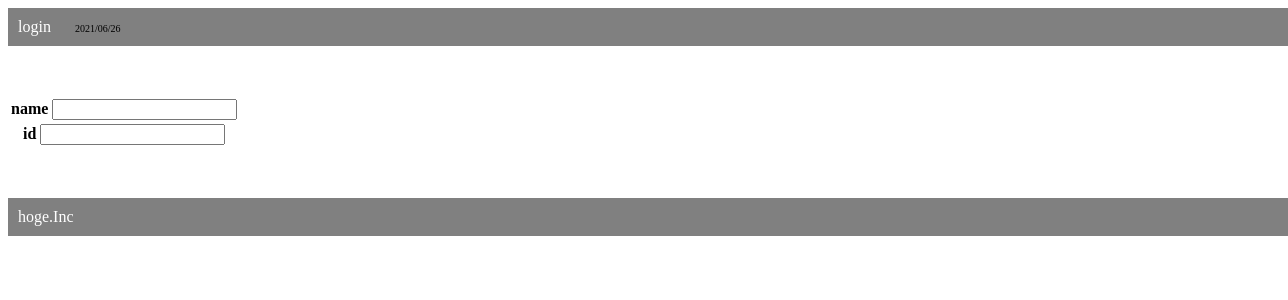
Repository: genki-iwai/curriculum
Page: http://localhost/Check3/
These files come from the project's save history. The page is drawn as it stood at one moment and after the next save; the edit follows.
The browser window is 1280 px wide. The page is 1288 px wide, so the pictures cover 1288 px, including what lies to the right of the window. The pictures show the whole page.
The page is served by Tomcat 9.

Above is the page before, as saved 2021-07-06 21:07:23.

### JavaStudy/Check3/WebContent/jspTest.jsp
<%@ page language="java" contentType="text/html; charset=UTF-8"
    pageEncoding="UTF-8"%>
<!DOCTYPE html PUBLIC "-//W3C//DTD HTML 4.01 Transitional//EN" "http://www.w3.org/TR/html4/loose.dtd">
<html>
<head>
<meta http-equiv="Content-Type" content="text/html; charset=UTF-8">
<link rel="styleSheet" href="css/style.css">
<title>Insert title here</title>
</head>
<body>
<div class="wrapper">
<%@ include file="header.jsp" %>
	<table class="main">
			<tr>
				<th>name <input type = "text"></th>
			</tr>
			<tr>
				<th>id <input type = "text"></th>
			</tr>
	</table>
</div>
<%@ include file="footer.jsp" %>
</body>
</html>

### JavaStudy/Check3/WebContent/header.jsp
<%@ page language="java" contentType="text/html; charset=UTF-8"
    pageEncoding="UTF-8"%>
<%@ page import="java.util.*,java.text.SimpleDateFormat" %>
<!DOCTYPE html PUBLIC "-//W3C//DTD HTML 4.01 Transitional//EN" "http://www.w3.org/TR/html4/loose.dtd">
<html>
<head>
<meta http-equiv="Content-Type" content="text/html; charset=UTF-8">
<title>Insert title here</title>
</head>
<body>
	<div class="header">
		<label class="login">login</label>
		<label class="date">
			<% Date date = new Date();
				SimpleDateFormat sdf = new SimpleDateFormat("yyyy/MM/dd");
				String formatDate = sdf.format(date);
				out.print(formatDate);
			 %>
		</label>
	</div>
<!--  </body>
</html> -->

### JavaStudy/Check3/WebContent/footer.jsp
<%@ page language="java" contentType="text/html; charset=UTF-8"
    pageEncoding="UTF-8"%>
<!DOCTYPE html PUBLIC "-//W3C//DTD HTML 4.01 Transitional//EN" "http://www.w3.org/TR/html4/loose.dtd">
<html>
<head>
<meta http-equiv="Content-Type" content="text/html; charset=UTF-8">
<title>Insert title here</title>
</head>
<body>
	<div class="footer">
		<label class="footer-1">hoge.Inc</label>
	</div>

</body>
</html>

### JavaStudy/Check3/WebContent/css/style.css
@CHARSET "UTF-8";

body {
	width: 100%;
	height: 100%;
}
.wrapper {
	margin: 0 auto;
}

.header {
	background-color: gray;
}
.login {
	display: inline-block;
	padding: 10px;
	color: white;
}
.date {
	padding: 10px;
	font-size: 10px;
}
.main {
	padding-top: 50px;
	padding-bottom: 50px;
}
.footer {
	background-color: gray;
}
.footer-1 {
	display: inline-block;
	padding: 10px;
	color: white;
}

After the next save:
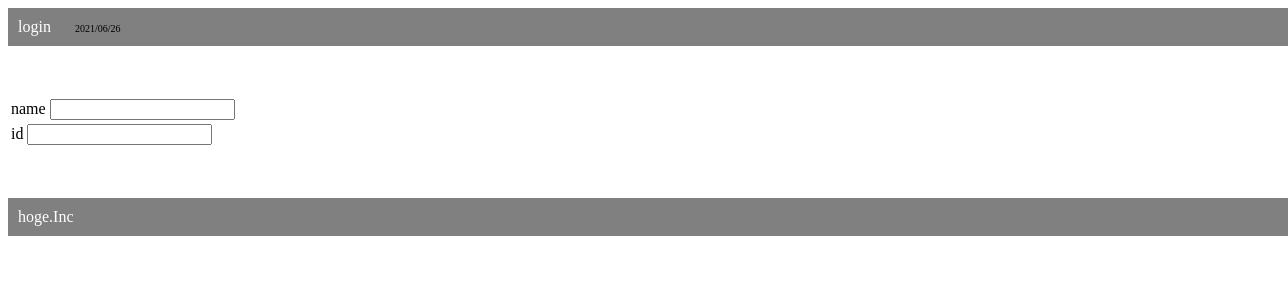
Saved 48 s later.
--- a/JavaStudy/Check3/WebContent/jspTest.jsp
+++ b/JavaStudy/Check3/WebContent/jspTest.jsp
@@ -12,10 +12,10 @@
 <%@ include file="header.jsp" %>
 	<table class="main">
 			<tr>
-				<th>name <input type = "text"></th>
+				<td>name <input type = "text"></td>
 			</tr>
 			<tr>
-				<th>id <input type = "text"></th>
+				<td>id <input type = "text"></td>
 			</tr>
 	</table>
 </div>

After the save that followed:
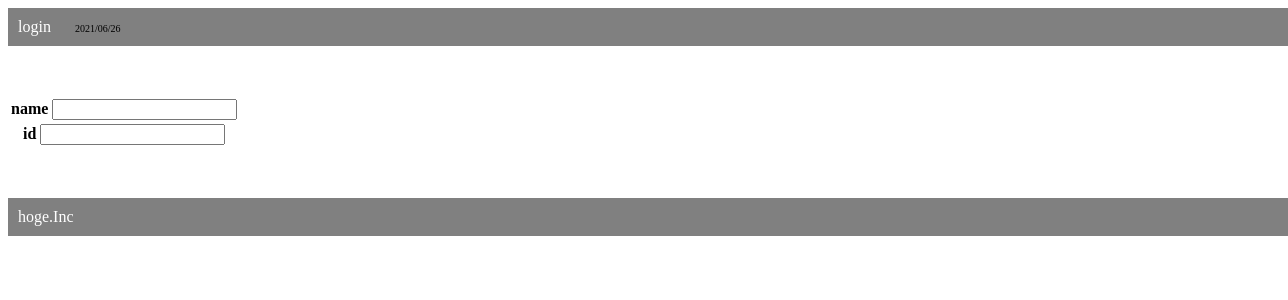
Saved 4 min 52 s later.
--- a/JavaStudy/Check3/WebContent/jspTest.jsp
+++ b/JavaStudy/Check3/WebContent/jspTest.jsp
@@ -10,14 +10,16 @@
 <body>
 <div class="wrapper">
 <%@ include file="header.jsp" %>
-	<table class="main">
+	<div class="main">
+		<table>
 			<tr>
-				<td>name <input type = "text"></td>
+				<th>name <input type = "text"></th>
 			</tr>
 			<tr>
-				<td>id <input type = "text"></td>
+				<th>id <input type = "text"></th>
 			</tr>
-	</table>
+		</table>
+	</div>
 </div>
 <%@ include file="footer.jsp" %>
 </body>
